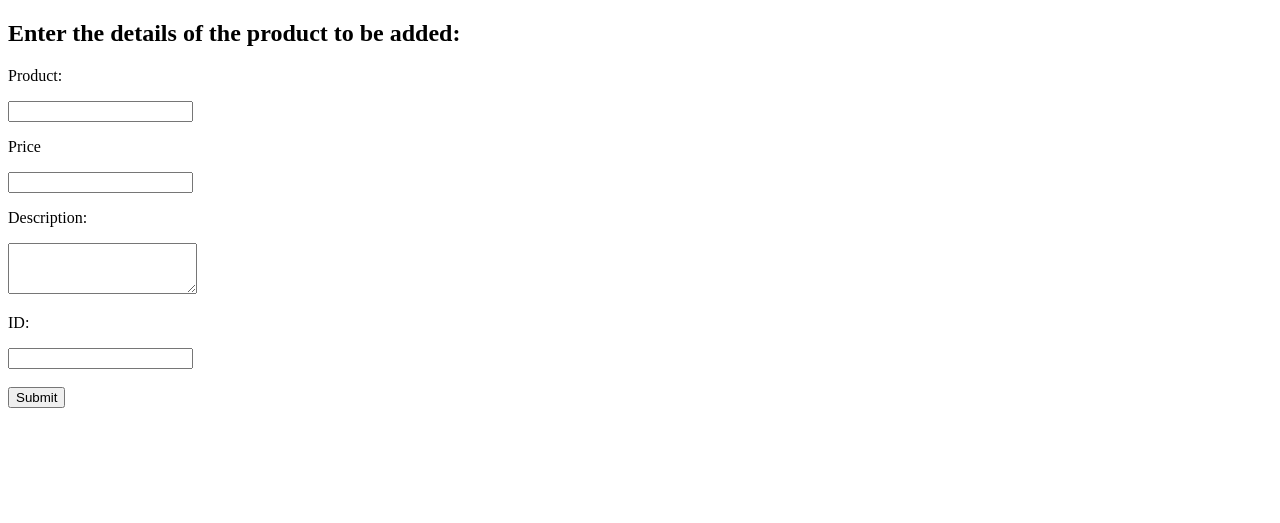
Repository: Shreya200012/FoodBox
Page: http://localhost/foodWeb/addData.jsp
An editor plug-in stored every save of this project. The page is shown before and after the next save, followed by the edit.
The browser window is 1280 px wide. The pictures show the whole page.
The page is served by Tomcat 9. Other server files are loaded and not shown.

Above is the page before, as saved 2022-06-14 12:04:26.

### foodWeb/src/main/webapp/addData.jsp
<%@ page language="java" contentType="text/html; charset=ISO-8859-1"
    pageEncoding="ISO-8859-1"%>
<!DOCTYPE html>
<html>
<head>
<meta charset="ISO-8859-1">
<title>Insert title here</title>
</head>
<body>
<h2>Enter the details of the product to be added: </h2>
<form action=" ">
<p>Product: <p>
<input type="text" name="product">
<p>Price<p>
<input type="text" name="price">
<p>Description:</p>
<textarea rows="3" cols="21" name="description"></textarea>
<p>ID:</p>
<input type="number" name="id">
<br>
<br>
<input type="submit">
</form>
</body>
</html>

After the next save:
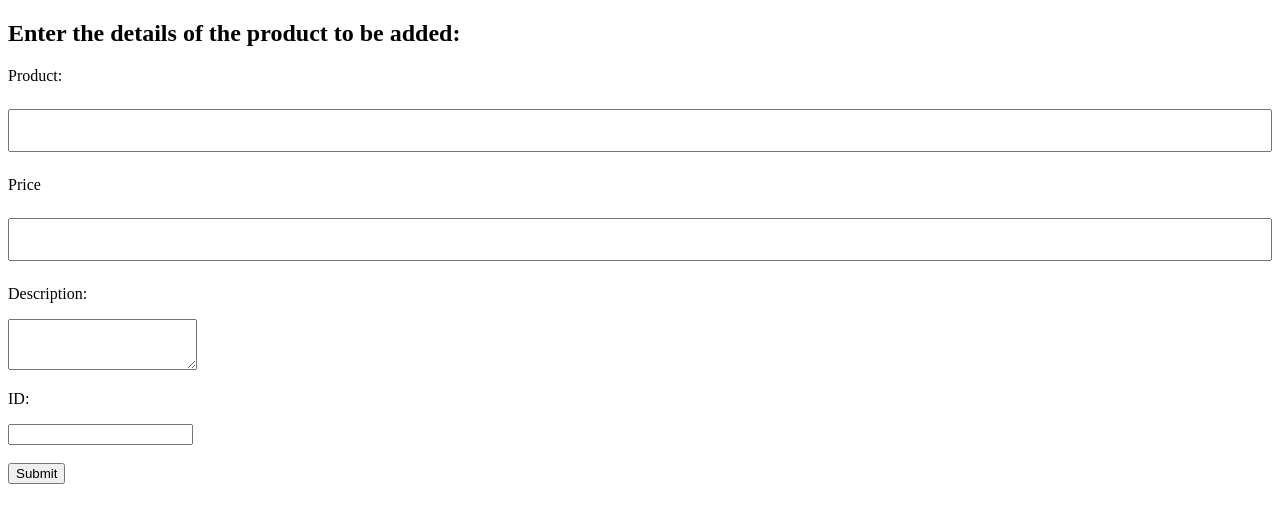
Saved 74 s later.
--- a/foodWeb/src/main/webapp/addData.jsp
+++ b/foodWeb/src/main/webapp/addData.jsp
@@ -5,6 +5,14 @@
 <head>
 <meta charset="ISO-8859-1">
 <title>Insert title here</title>
+<style>
+input[type=text] {
+  width: 100%;
+  padding: 12px 20px;
+  margin: 8px 0;
+  box-sizing: border-box;
+}
+</style>
 </head>
 <body>
 <h2>Enter the details of the product to be added: </h2>

After the save that followed:
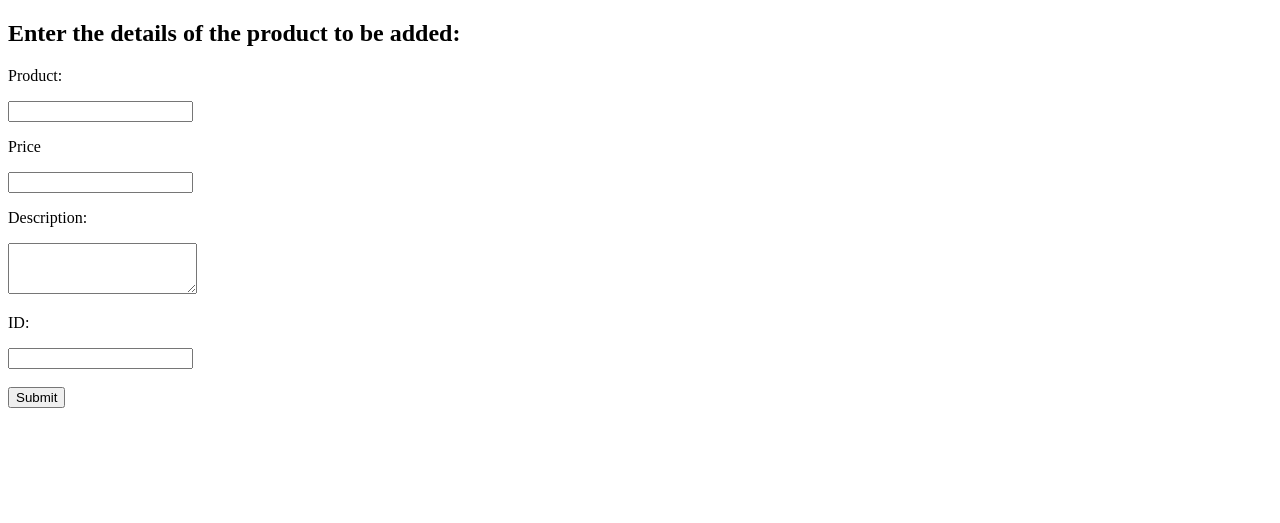
Saved 19 s later.
--- a/foodWeb/src/main/webapp/addData.jsp
+++ b/foodWeb/src/main/webapp/addData.jsp
@@ -6,7 +6,7 @@
 <meta charset="ISO-8859-1">
 <title>Insert title here</title>
 <style>
-input[type=text] {
+input[type=text,type=textarea] {
   width: 100%;
   padding: 12px 20px;
   margin: 8px 0;
